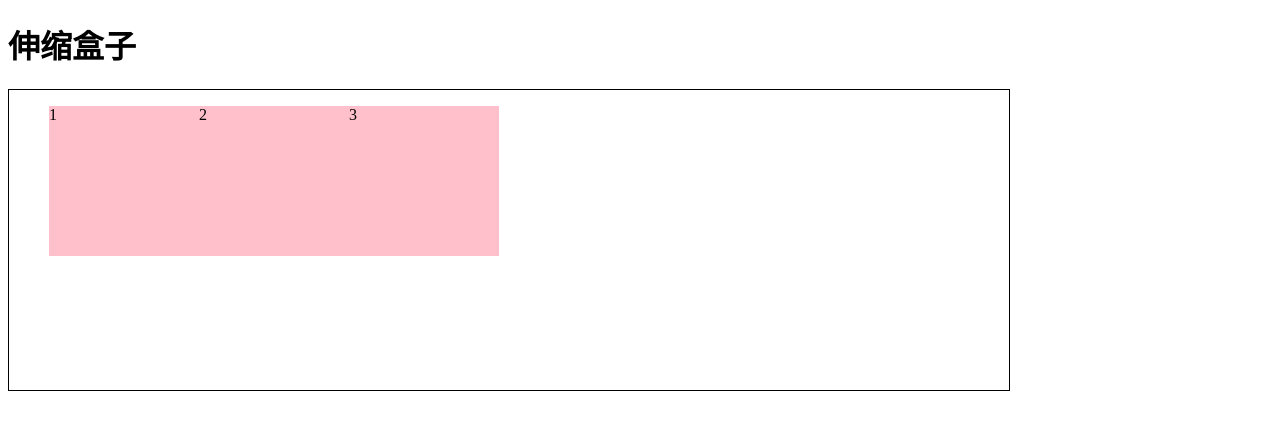
Repository: liuxi0811/web-demo
Page: 伸缩布局.html
These files come from the project's save history. The page is drawn as it stood at one moment and after the next save; the edit follows.
The browser window is 1280 px wide. The pictures show the whole page.

Above is the page before, as saved 2020-12-03 14:21:55.

### 伸缩布局.html
<!DOCTYPE html>
<html lang="en">
<head>
    <meta charset="UTF-8">
    <meta name="viewport" content="width=device-width, initial-scale=1.0">
    <title>Document</title>
    <style>
        div{
            width: 1000px;
            height: 300px;
            border: 1px solid;
        }

        li{
            width: 150px;
            height: 150px;
            background: pink;
        }

        ul{
            list-style: none;
            display: flex;
        }
    </style>
</head>
<body>
   <h1>伸缩盒子</h1>
    <div>
        <ul>
            <li>1</li>
            <li>2</li>
            <li>3</li>
    </div>
</body>
</html>

After the next save:
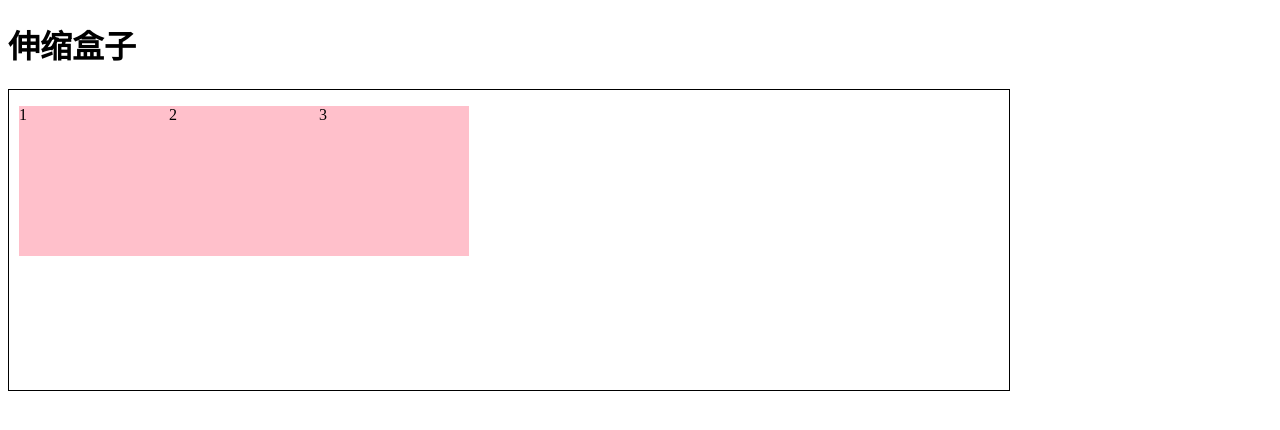
Saved 21 s later.
--- a/伸缩布局.html
+++ b/伸缩布局.html
@@ -20,6 +20,7 @@
         ul{
             list-style: none;
             display: flex;
+            padding-left: 10px;
         }
     </style>
 </head>
